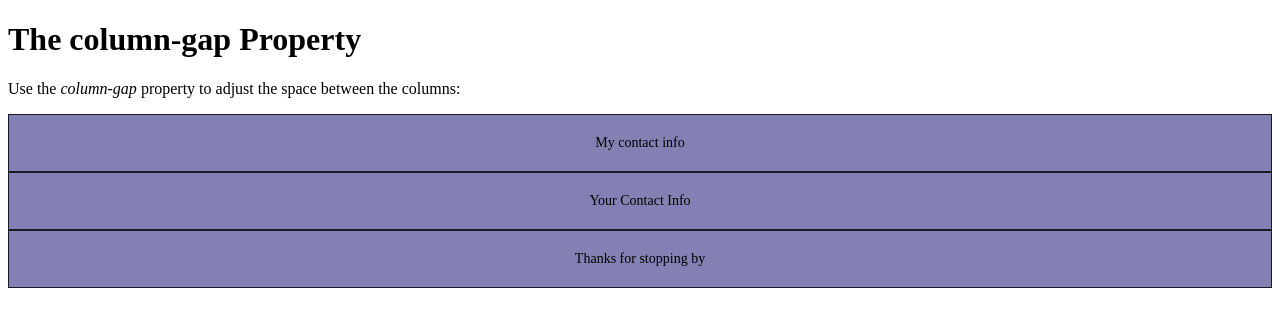
Repository: Melinda-Nanjad-Personal-Website/Personal-web
Page: test.html
An editor plug-in stored every save of this project. The page is shown before and after the next save, followed by the edit.
The browser window is 1280 px wide. The pictures show the whole page.

Above is the page before, as saved 2023-07-27 21:06:25.

### test.html
<!DOCTYPE html>
<html lang="en">
<head>
    <meta charset="UTF-8">
    <meta name="viewport" content="width=device-width, initial-scale=1.0">
    <link rel="stylesheet" href="cf.css">
    <title>Document</title>
</head>
<body>
    <h1>The column-gap Property</h1>

<p>Use the <em>column-gap</em> property to adjust the space between the columns:</p>

<div class="grid-container">
  <div class="grid-item">My contact info</div>
  <div class="grid-item">Your Contact Info</div>
  <div class="grid-item">Thanks for stopping by</div>

</div>

</body>
</html>

</body>
</html>

### cf.css
.border-primary-400{
    border: 2px solid #a775f1;
}

.container {
    display: grid;
   grid gap: 1.5rem;
    grid-template-columns: auto auto auto;
}

.item-1 {
    grid-row- span4;
    grid-column: 1/5;
    background-color: hotpink;
    padding: 5px
    grid-area: main;
}

.item-2 {
    grid-row: span 3;
    grid column:  2/5;
    grid-area:left
}

.item-3 {
    grid-row: span
    grid column 1/5;
    grid-area :right
}

//test for columns
.grid-container {
  display: grid;
  column-gap: 50px;
  grid-template-columns: 1fr 1fr 1fr;
  background-color: #c646bc;
  padding: 50px;
}

.grid-item{
  background-color: rgba(100, 97, 160, 0.8);
  border: 1px solid rgba(0, 0, 0, 0.8);
  padding: 20px;
  font-size: 14px;
  text-align: center;

After the next save:
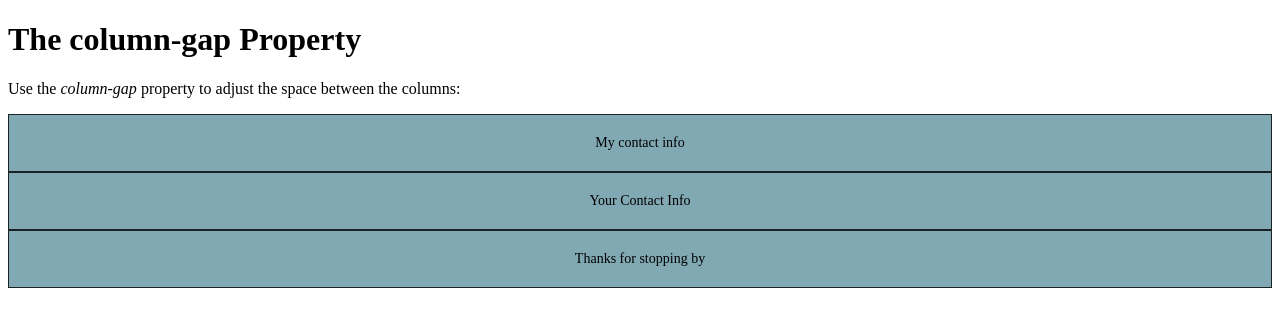
Saved 4 s later.
--- a/cf.css
+++ b/cf.css
@@ -38,7 +38,7 @@
 }
 
 .grid-item{
-  background-color: rgba(100, 97, 160, 0.8);
+  background-color: rgba(97, 148, 160, 0.8);
   border: 1px solid rgba(0, 0, 0, 0.8);
   padding: 20px;
   font-size: 14px;
